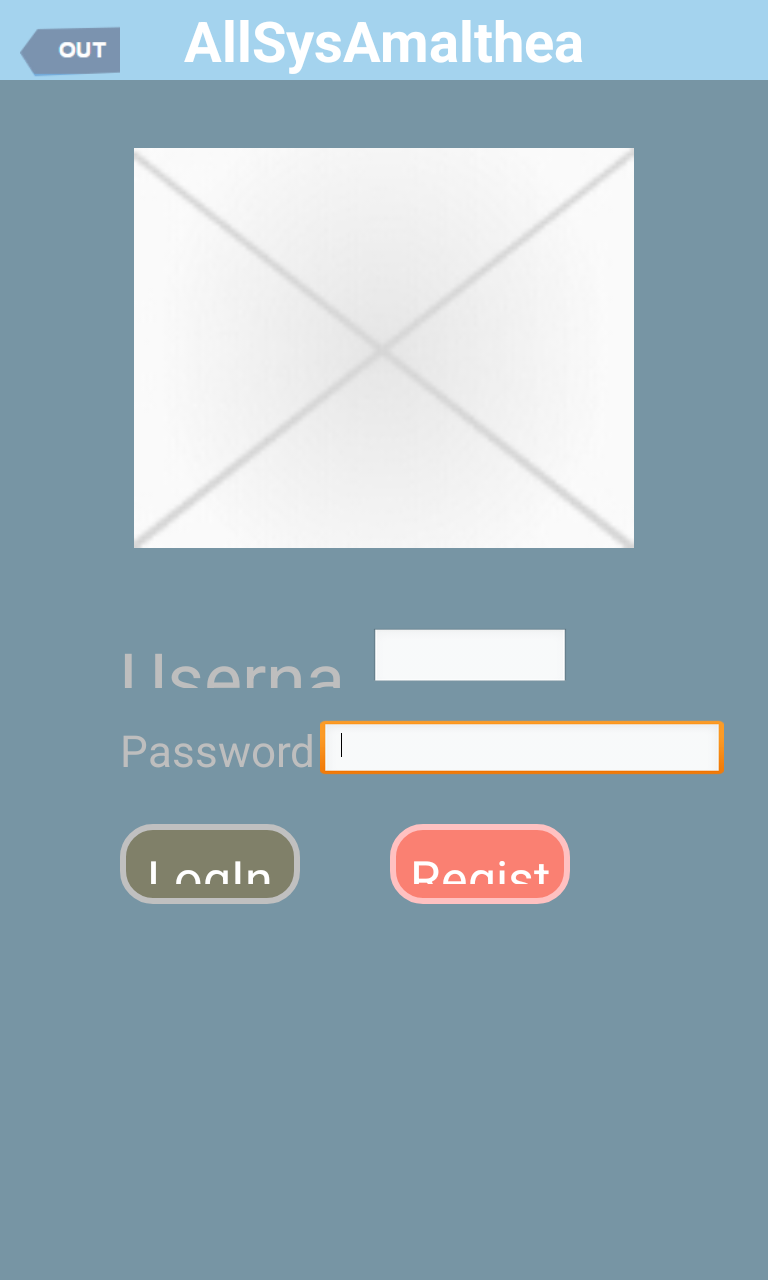
Repository: AllSysAmalthea/AllSys
Layout: APP/AppUI code/代码/Allsys/res/layout/activity_log_in.xml
The author's editor kept a copy of each file at every save. The layout is drawn from the files as they stood at one save, then again after the next save.
It is drawn on a 768 x 1280 px phone screen (xhdpi) without system bars, with theme android:Theme.NoTitleBar; the app's code is not run.

Above is the layout before, as saved 2015-06-08 02:35:08.

### APP/AppUI code/代码/Allsys/res/layout/activity_log_in.xml
<RelativeLayout xmlns:android="http://schemas.android.com/apk/res/android"
    xmlns:tools="http://schemas.android.com/tools"
    android:layout_width="match_parent"
    android:layout_height="wrap_content"
    android:layout_gravity="center_horizontal"
    android:background="@drawable/back"
    android:gravity="top"
    tools:context=".LogInActivity" >

    <AbsoluteLayout
        android:id="@+id/linearLayout1"
        android:layout_width="fill_parent"
        android:layout_height="wrap_content"
        android:orientation="horizontal" >

        <TextView
            android:id="@+id/header_text"
            android:layout_width="fill_parent"
            android:layout_height="80px"
            android:layout_x="0px"
        	android:layout_y="0px"
            android:gravity="center"
            android:singleLine="true"
            android:text="AllSysAmalthea"
            android:background="#A4D3EE"
            android:textColor="#ffffff"
            android:textSize="28sp"
            android:textStyle="bold" />

        <ImageButton
            android:id="@+id/header_left_btn"
            android:layout_width="100px"
            android:layout_height="80px"
            android:layout_x="10dp"
            android:layout_y="4dp"
            android:background="@drawable/pic1" />

    </AbsoluteLayout>

    <TextView
        android:id="@+id/textView1"
        android:layout_width="250px"
        android:layout_height="60px"
        android:layout_alignParentLeft="true"
        android:layout_below="@+id/myImageView1"
        android:layout_marginLeft="60dp"
        android:layout_marginTop="40dp"
        android:text="Username"
        android:textSize="36sp" />

    <EditText
        android:id="@+id/Username"
        android:layout_width="200px"
        android:layout_height="60px"
        android:layout_above="@+id/textView2"
        android:layout_toRightOf="@+id/textView1"
        android:ems="10"
        android:inputType="textPersonName"
        android:textSize="22sp" />

    <TextView
        android:id="@+id/textView2"
        android:layout_width="200px"
        android:layout_height="60px"
        android:layout_alignLeft="@+id/textView1"
        android:layout_below="@+id/textView1"
        android:layout_marginTop="16dp"
        android:text="Password"
        android:textSize="22sp" />

    <EditText
        android:id="@+id/Password"
        android:layout_width="200px"
        android:layout_height="60px"
        android:layout_alignParentRight="true"
        android:layout_alignTop="@+id/textView2"
        android:layout_marginRight="22dp"
        android:layout_toRightOf="@+id/textView2"
        android:ems="10"
        android:inputType="textPassword"
        android:textSize="22sp" >

        <requestFocus />
    </EditText>

    <Button
        android:id="@+id/Login"
        android:layout_width="180px"
        android:layout_height="80px"
        android:layout_alignLeft="@+id/textView2"
        android:layout_below="@+id/textView2"
        android:layout_marginTop="22dp"
        android:background="@drawable/shape"
        android:text="LogIn"
        android:textColor="#ffffff"
        android:textSize="25sp" />

    <Button
        android:id="@+id/Register"
        android:layout_width="180px"
        android:layout_height="80px"
        android:layout_alignBaseline="@+id/Login"
        android:layout_alignBottom="@+id/Login"
        android:layout_alignRight="@+id/Username"
        android:background="@drawable/shape2"
        android:text="Register"
        android:textColor="#ffffff"
        android:textSize="25sp" />

    <ImageView
        android:id="@+id/myImageView1"
        android:layout_width="500px"
        android:layout_height="400px"
        android:layout_below="@+id/linearLayout1"
        android:layout_centerHorizontal="true"
        android:layout_marginTop="30dp"
        android:background="@drawable/news" />

</RelativeLayout>

### APP/AppUI code/代码/Allsys/res/drawable-mdpi/shape.xml
<?xml version="1.0" encoding="utf-8"?>
<shape xmlns:android="http://schemas.android.com/apk/res/android"
    android:shape="rectangle" >

    <!-- 填充的颜色：这里设置背景透明 -->
    <solid android:color="#808069" />
    <!-- 边框的颜色 ：不能和窗口背景色一样-->
    <stroke
        android:width="3dp"
        android:color="#C0C0C0" />
    <!-- 设置按钮的四个角为弧形 -->
    <!-- android:radius 弧形的半径 -->
    <corners android:radius="15dip" />

    <!-- padding：Button里面的文字与Button边界的间隔 -->
    <padding
        android:bottom="10dp"
        android:left="10dp"
        android:right="10dp"
        android:top="10dp" />

</shape>

### APP/AppUI code/代码/Allsys/res/drawable-mdpi/shape2.xml
<?xml version="1.0" encoding="utf-8"?>
<shape xmlns:android="http://schemas.android.com/apk/res/android"
    android:shape="rectangle" >

    <!-- 填充的颜色：这里设置背景透明 -->
    <solid android:color="#fa8072" />
    <!-- 边框的颜色 ：不能和窗口背景色一样-->
    <stroke
        android:width="3dp"
        android:color="#FFC1C1" />
    <!-- 设置按钮的四个角为弧形 -->
    <!-- android:radius 弧形的半径 -->
    <corners android:radius="15dip" />

    <!-- padding：Button里面的文字与Button边界的间隔 -->
    <padding
        android:bottom="10dp"
        android:left="10dp"
        android:right="10dp"
        android:top="10dp" />

</shape>

After the next save:
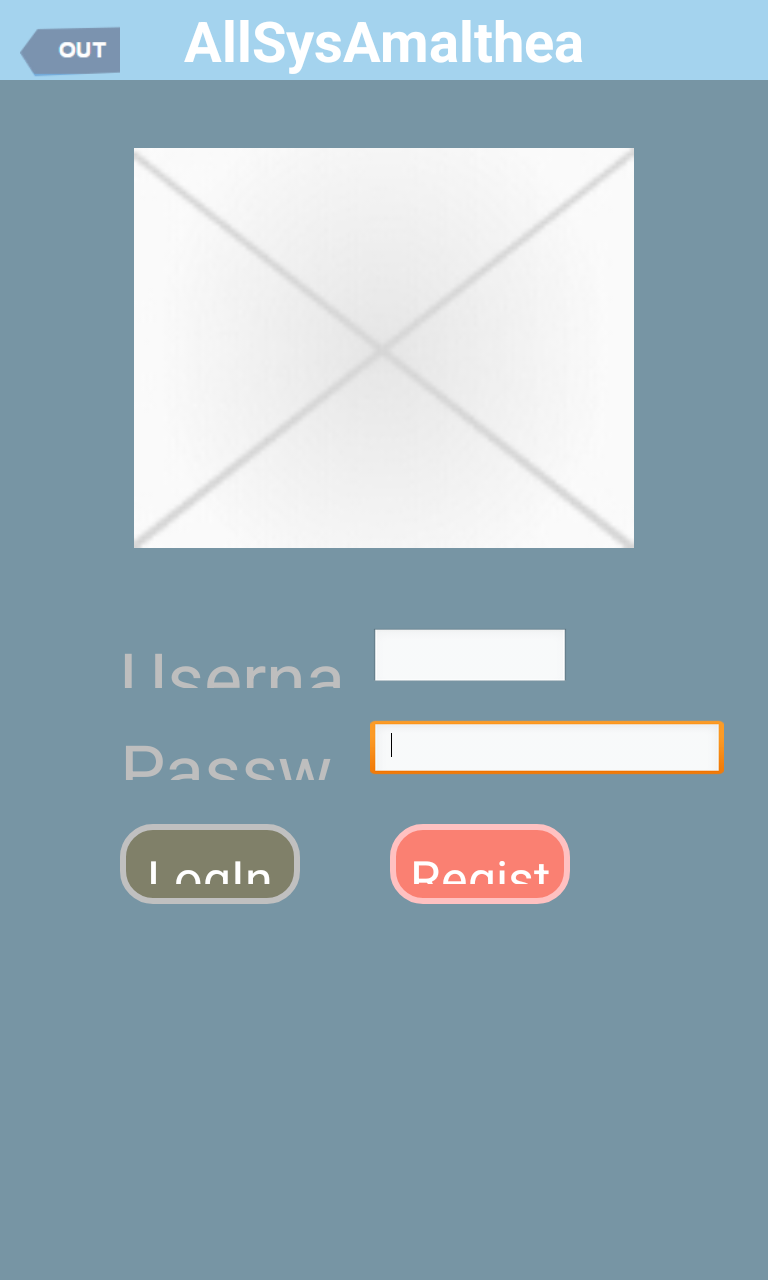
Saved 24 s later.
--- a/APP/AppUI code/代码/Allsys/res/layout/activity_log_in.xml
+++ b/APP/AppUI code/代码/Allsys/res/layout/activity_log_in.xml
@@ -60,13 +60,13 @@
 
     <TextView
         android:id="@+id/textView2"
-        android:layout_width="200px"
+        android:layout_width="250px"
         android:layout_height="60px"
         android:layout_alignLeft="@+id/textView1"
         android:layout_below="@+id/textView1"
         android:layout_marginTop="16dp"
         android:text="Password"
-        android:textSize="22sp" />
+        android:textSize="36sp" />
 
     <EditText
         android:id="@+id/Password"
